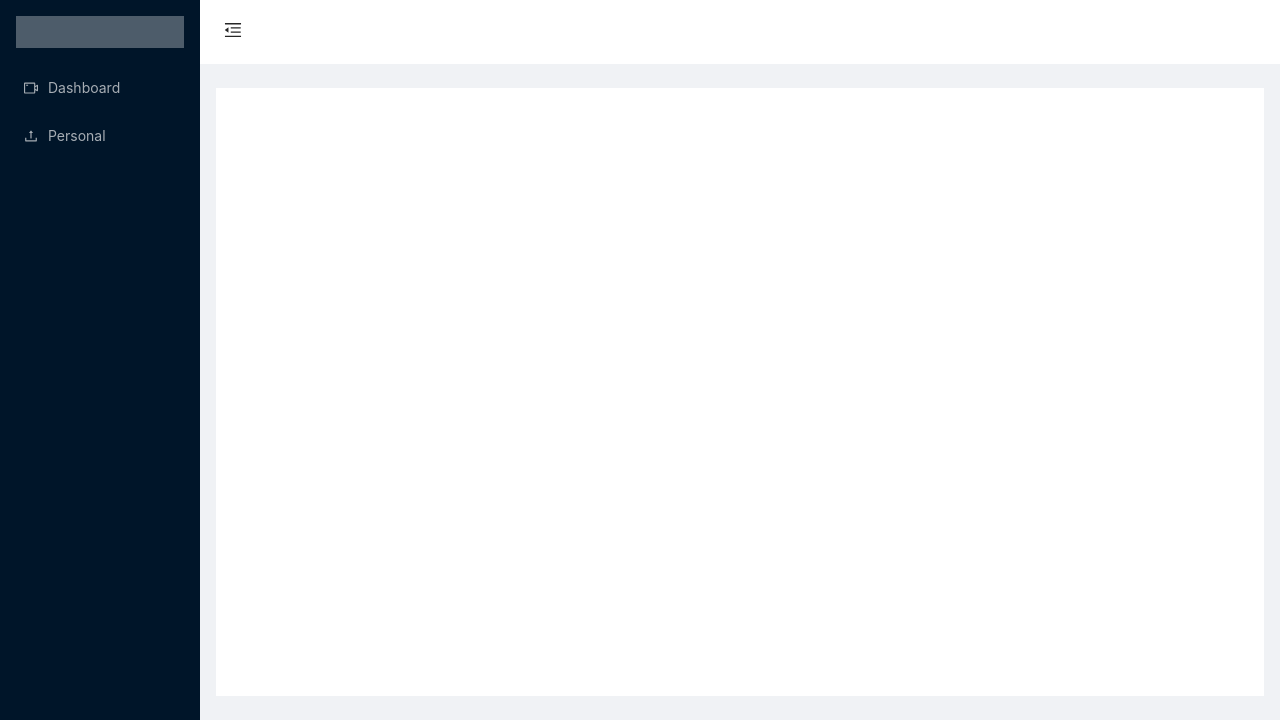
Repository: DallenCat/react-test
Page: /login
These files come from the project's save history. The page is drawn as it stood at one moment and after the next save; the edit follows.
The browser window is 1280 px wide. The pictures show the whole page.
The project was rebuilt for these pictures with package versions that can differ from the ones it lists, and the page was loaded fresh each time. A package was used in the major version that the imports need, not the one package.json lists. Also part of the build but not shown: src/containers/dashboard/index.js, src/containers/personal/index.js.

Above is the page before, as saved 2021-10-27 16:08:32.

After the next save:
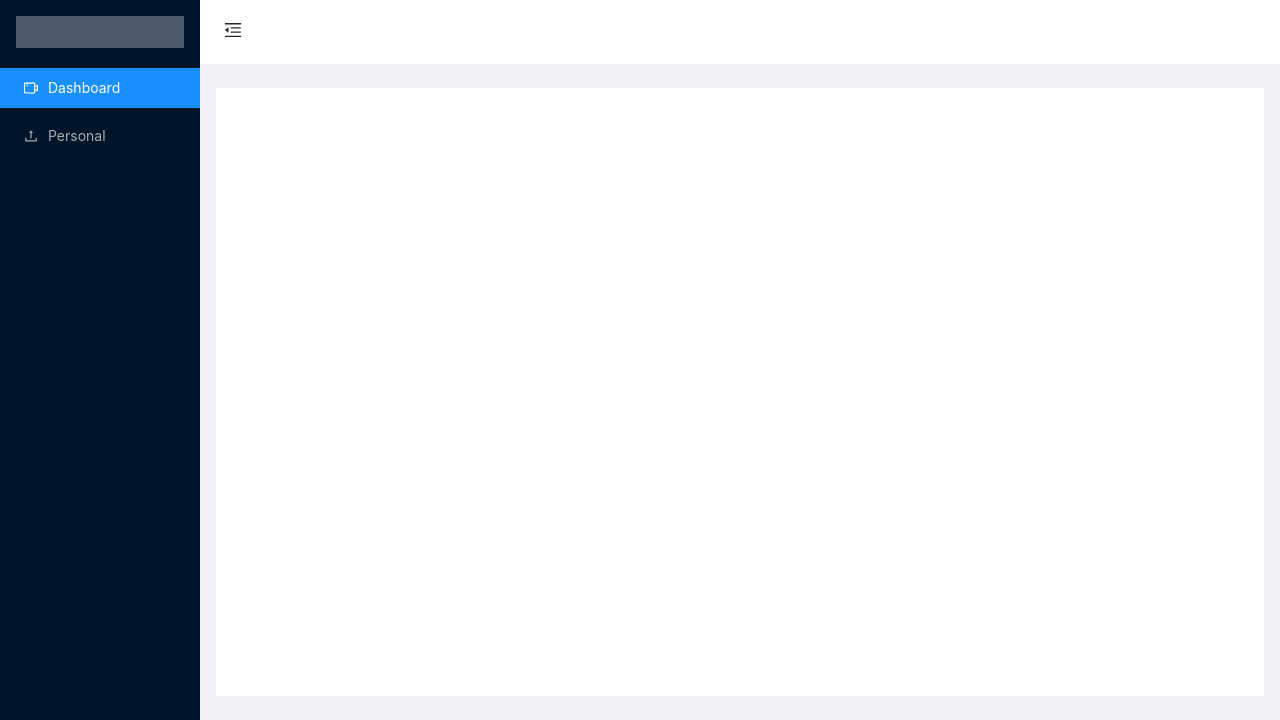
Saved 8 s later.
--- a/src/components/layout/index.js
+++ b/src/components/layout/index.js
@@ -42,10 +42,10 @@ class SiderDemo extends React.Component {
         <Sider trigger={null} collapsible collapsed={this.state.collapsed}>
           <div className="logo" />
           <Menu theme="dark" mode="inline" defaultSelectedKeys={['1']}>
-            <Menu.Item key="4" icon={<VideoCameraOutlined />}>
+            <Menu.Item key="1" icon={<VideoCameraOutlined />}>
               <Link to="dashboard">Dashboard </Link>
             </Menu.Item>
-            <Menu.Item key="5" icon={<UploadOutlined />}>
+            <Menu.Item key="2" icon={<UploadOutlined />}>
               <Link to="personal">Personal </Link>
             </Menu.Item>
           </Menu>
